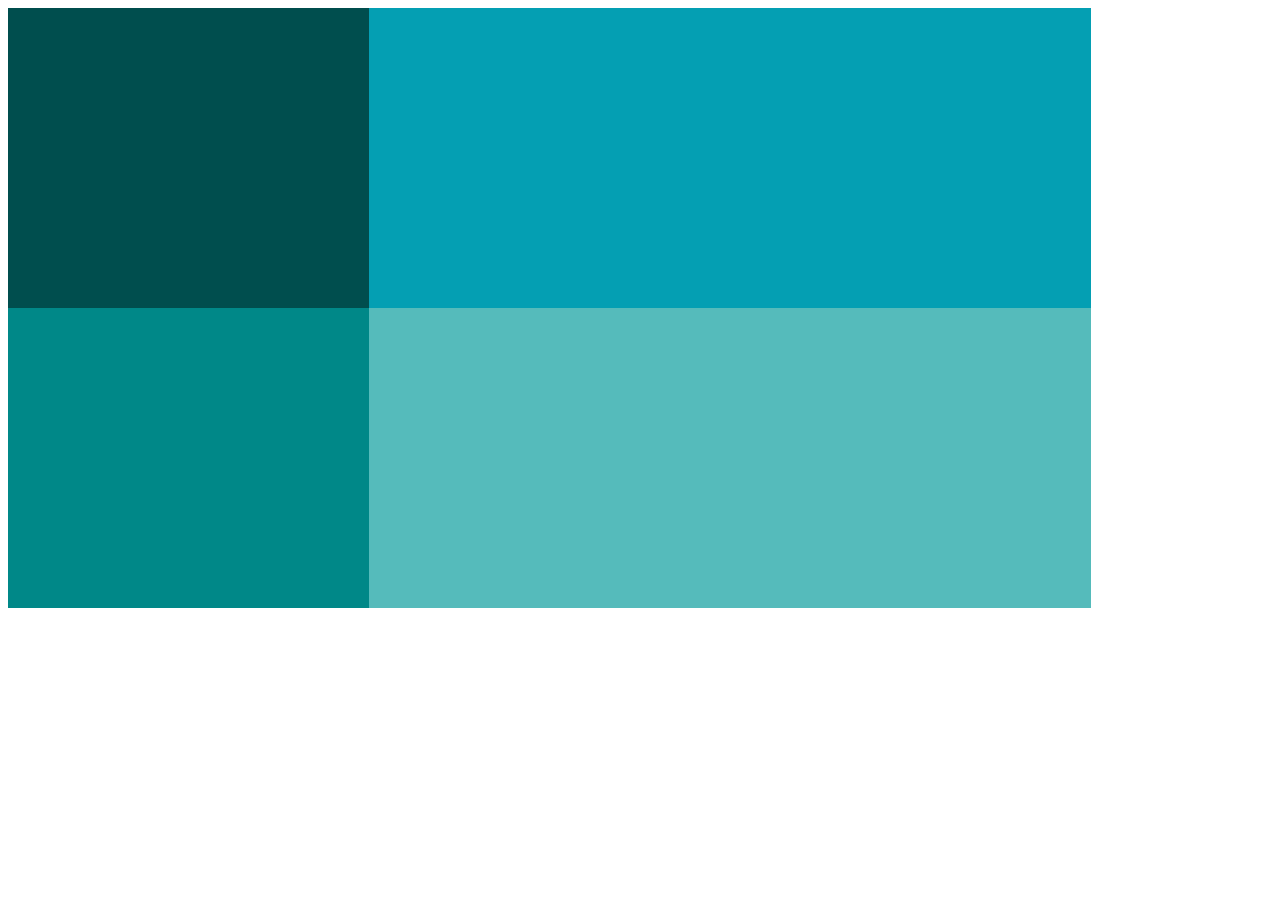
Repository: 9136424556/todo01
Page: coachtech/html-css/css1-20問.html
An editor plug-in stored every save of this project. The page is shown before and after the next save, followed by the edit.
The browser window is 1280 px wide. The pictures show the whole page.

Above is the page before, as saved 2023-12-02 14:09:54.

### coachtech/html-css/css1-20問.html
<link rel="stylesheet" href="css/css1-20問.css">
<div class="grid">
    <div class="box1"></div>
    <div class="box2"></div>
    <div class="box3"></div>
    <div class="box4"></div>
    <div class="box5"></div>
    <div class="box6"></div>
    <div class="box7"></div>
    <div class="box8"></div>
</div>

### coachtech/html-css/css/css1-20問.css
.grid{
    display: grid;
    grid-template-rows: 300px 300px 100px 200px;
    grid-template-columns: 2fr 2fr 2fr 1fr;
}
.grid div{
    text-align: center;
    font-size: 24px;
    color: #fff;
}
.box1{
    grid-column: 1/2;
    grid-row: 1/2;
    background: #004e4e;
}
.box2{
    grid-column: 1/2;
    grid-row: 2/3;
    background: #088;
}
.box3{
    grid-column: 2/4;
    grid-row: 1/2;
    background: #049fb3;
}
.box4{
    grid-column: 2/4;
    grid-row: 2/3;
    background: #5bb;
}
.box5{

}

After the next save:
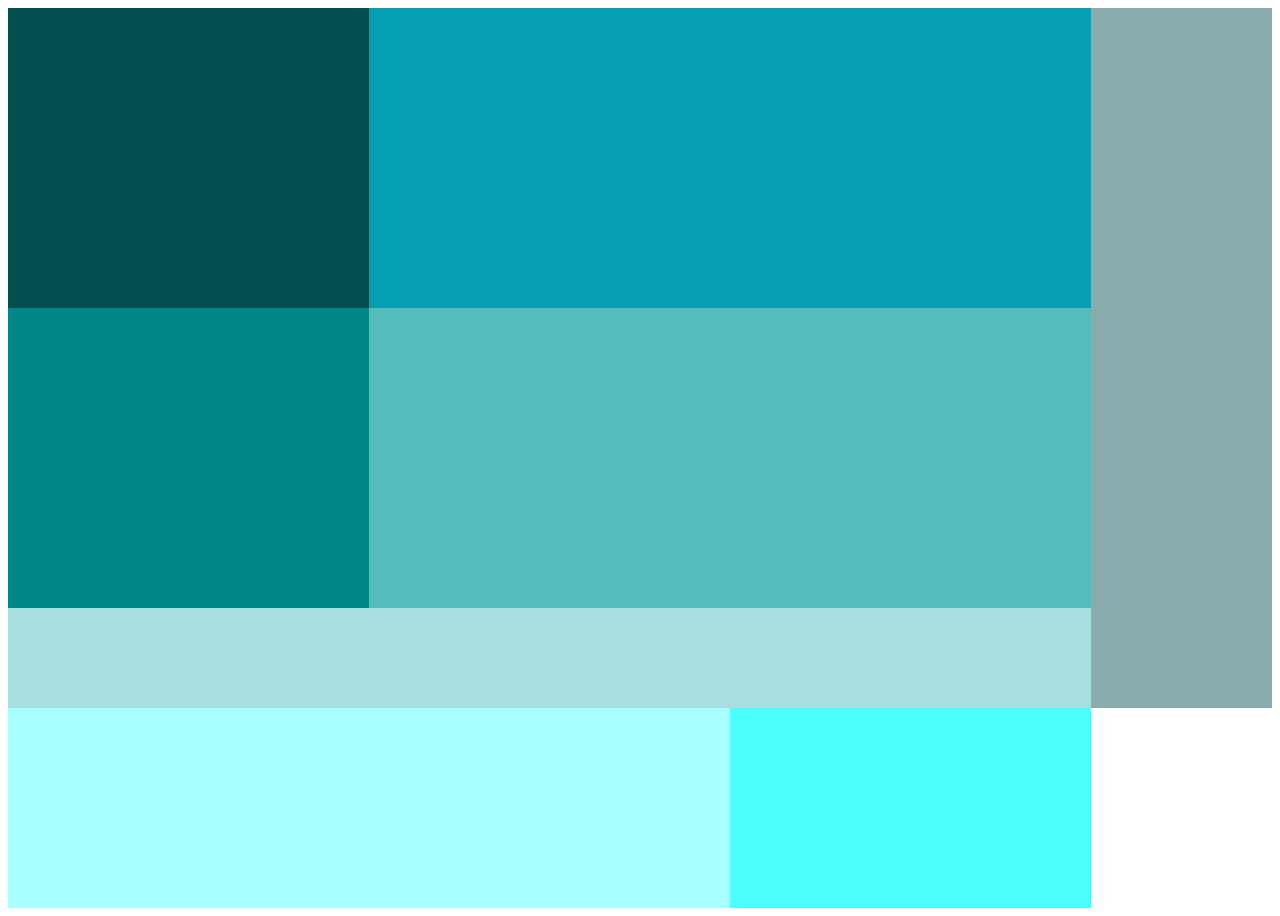
Saved 21 h 59 min later.
--- a/coachtech/html-css/css/css1-20問.css
+++ b/coachtech/html-css/css/css1-20問.css
@@ -29,5 +29,22 @@
     background: #5bb;
 }
 .box5{
-
+    grid-column: 4/5;
+    grid-row: 1/4;
+    background: #8aacac;
 }
+.box6{
+    grid-column: 1/4;
+    grid-row: 3/4;
+    background: #aadddd;
+}
+.box7{
+    grid-column: 1/3;
+    grid-row: 4/5;
+    background: #a8ffff;
+}
+.box8{
+    grid-column: 3/4;
+    grid-row: 4/5;
+    background: #4bffff;
+}
